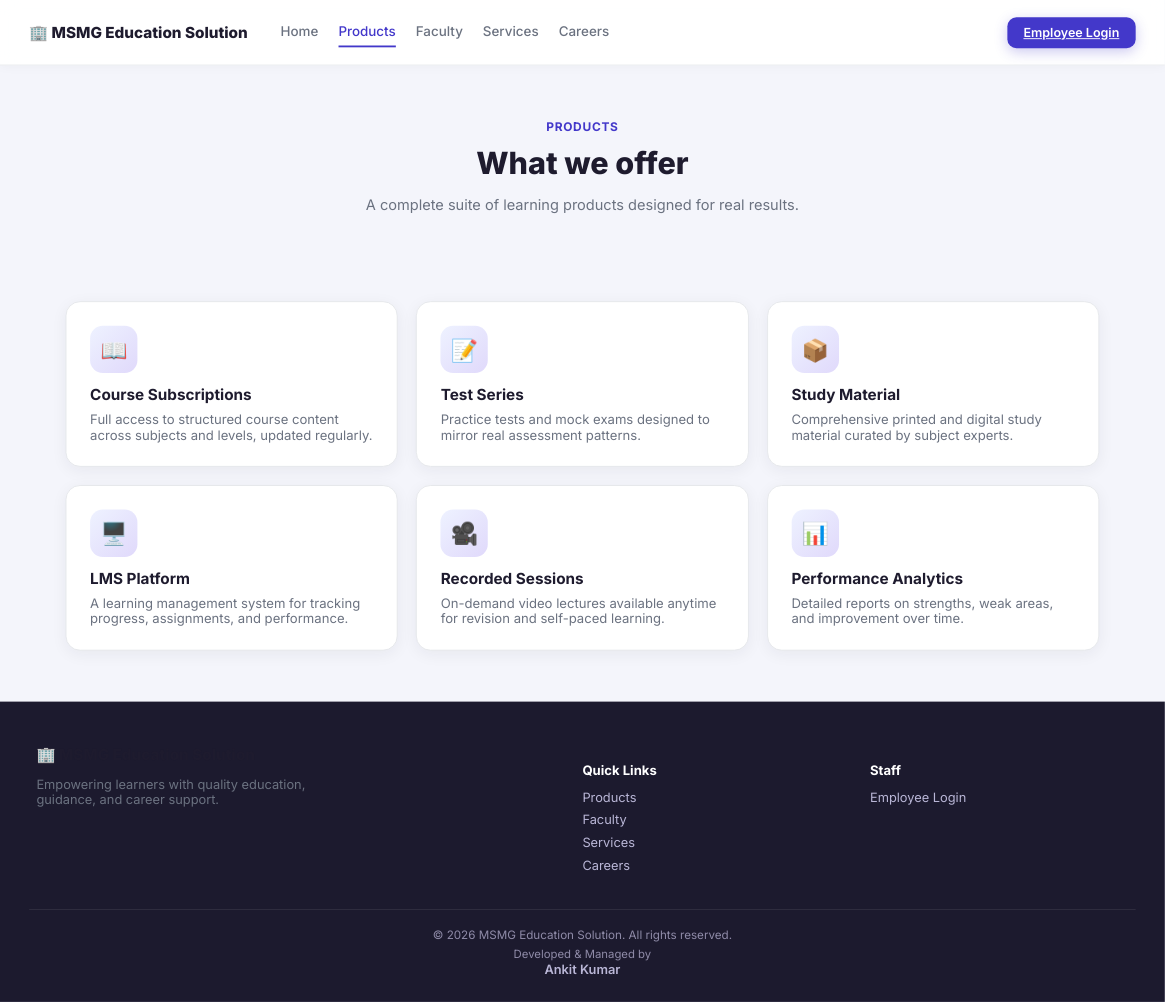
Repository: Kumarankit666/HRMS
Page: /products (app in frontend/)
An editor plug-in stored every save of this project. The page is shown before and after the next save, followed by the edit.
The browser window is 1280 px wide. The pictures show the whole page, at 91% of full size.
The project was rebuilt for these pictures with package versions that can differ from the ones it lists, and the page was loaded fresh each time. Also part of the build but not shown: frontend/vite.config.js, frontend/src/components/ProtectedRoute.jsx, frontend/src/components/AppLayout.jsx, frontend/src/pages/public/Home.jsx, frontend/src/pages/public/Faculty.jsx, frontend/src/pages/public/Services.jsx, frontend/src/pages/public/Careers.jsx, frontend/src/pages/Login.jsx and 17 more.

Above is the page before, as saved 2026-07-21 00:54:16.

After the next save:
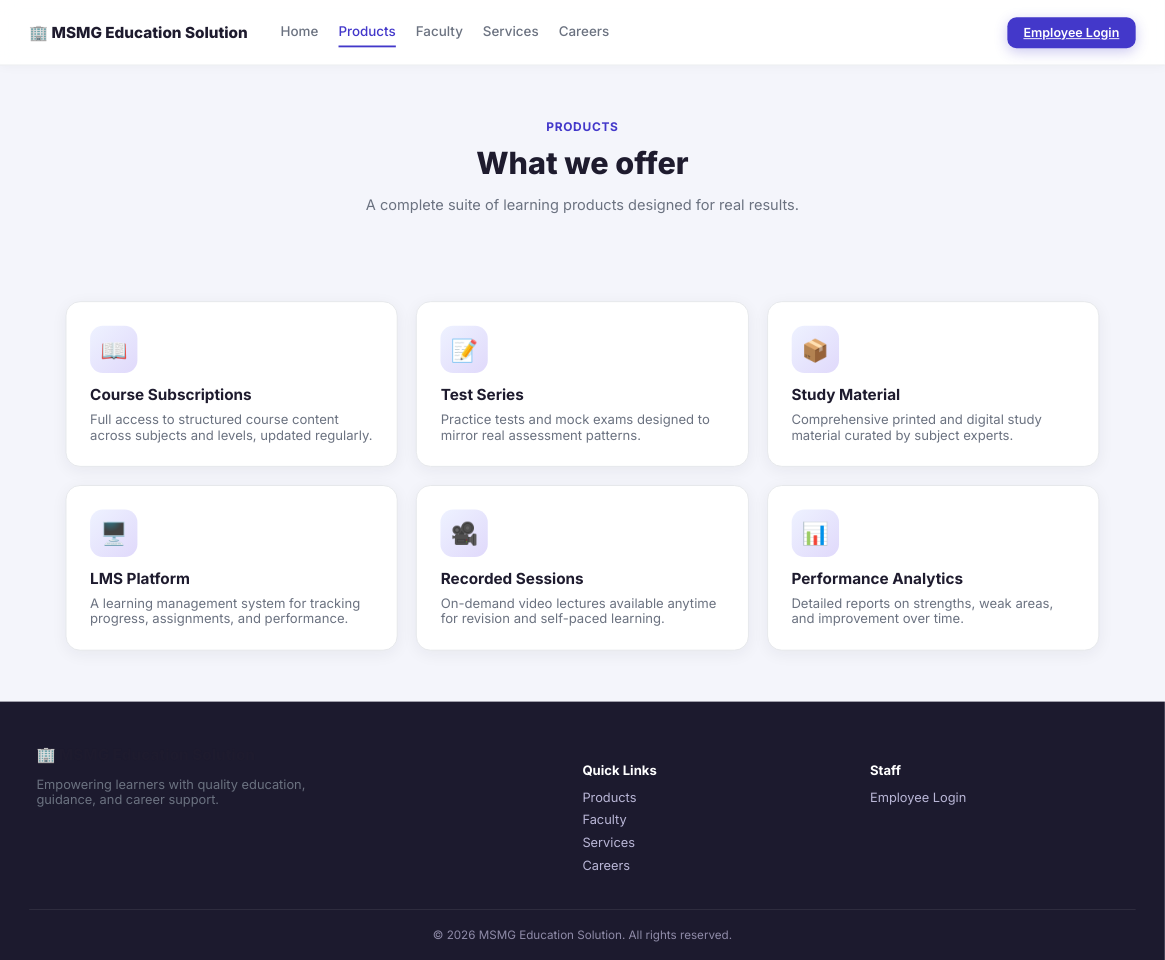
Saved 30 s later.
--- a/frontend/src/components/PublicLayout.jsx
+++ b/frontend/src/components/PublicLayout.jsx
@@ -49,9 +49,6 @@ export default function PublicLayout() {
           </div>
         </div>
         <div className="pub-footer-bottom">© {new Date().getFullYear()} MSMG Education Solution. All rights reserved.</div>
-        <div className="dev-credit" style={{ marginTop: 6 }}>
-          Developed &amp; Managed by <a href="https://www.kumarankit.in/" target="_blank" rel="noreferrer">Ankit Kumar</a>
-        </div>
       </footer>
     </div>
   );
